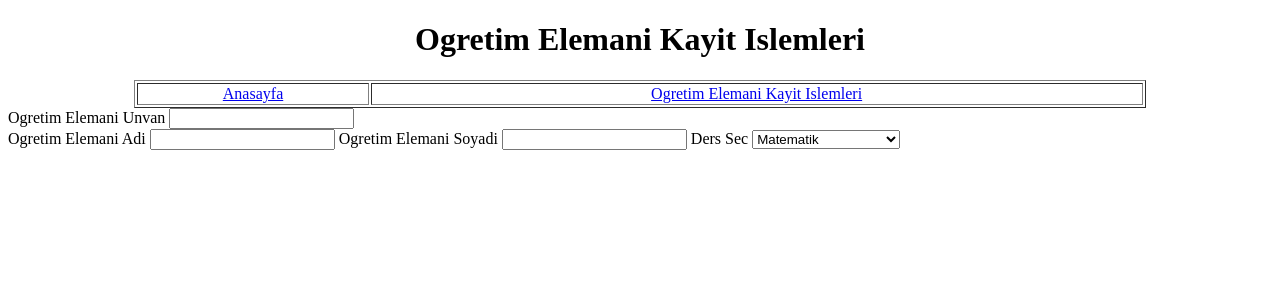
Repository: Egemen-ve-Burakhan-internet-final/final
Page: http://localhost/ogretim/ogretmen_kayit.jsp
These files come from the project's save history. The page is drawn as it stood at one moment and after the next save; the edit follows.
The browser window is 1280 px wide. The pictures show the whole page.
The page is served by Tomcat 9.

Above is the page before, as saved 2020-05-25 14:23:21.

After the next save:
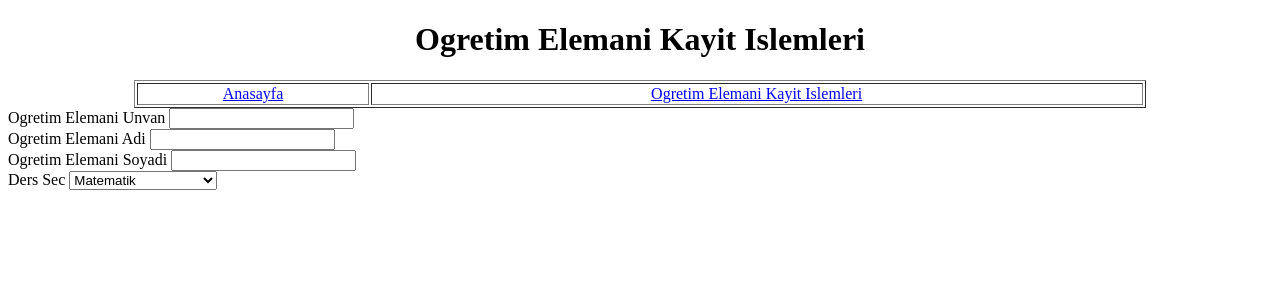
Saved 5 s later.
--- a/okul/ogretim/WebContent/ogretmen_kayit.jsp
+++ b/okul/ogretim/WebContent/ogretmen_kayit.jsp
@@ -26,10 +26,10 @@
 				<input type="text" name="unvan"><br>
 
 				<label>Ogretim Elemani Adi</label>
-				<input type="text" name="adi">
+				<input type="text" name="adi"><br>
 
 				<label>Ogretim Elemani Soyadi</label>
-				<input type="text" name="soyadi">
+				<input type="text" name="soyadi"><br>
 
 				<label>Ders Sec</label>
 				 <select name="ders" id="ders">
